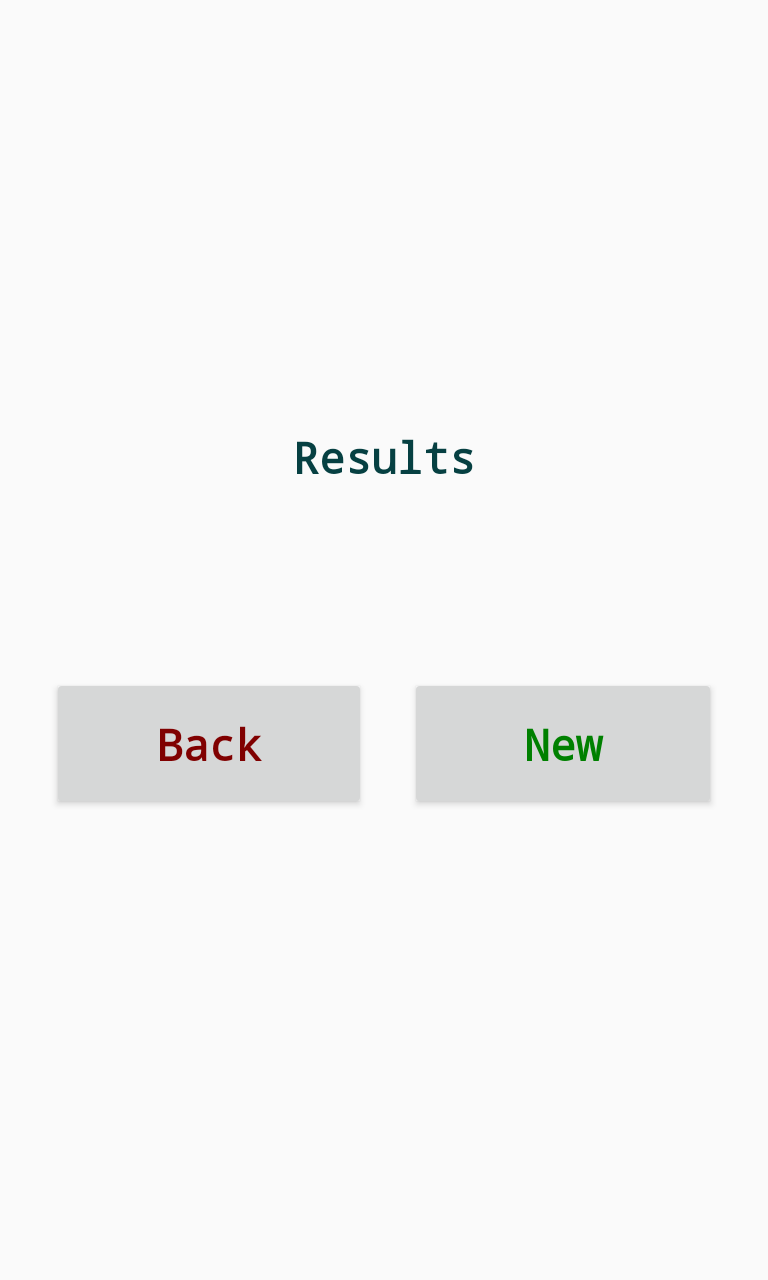
Repository: rontejada1991/Combinations-and-Permutations-Android-App
Layout: combinations/res/layout/activity_result.xml
These files come from the project's save history. The layout is drawn as it stood at one moment and after the next save; the edit follows.
It is drawn on a 768 x 1280 px phone screen (xhdpi) without system bars, with theme AppTheme; the app's code is not run. The app's manifest (not shown) leaves right-to-left support off. So textAlignment, textDirection and layoutDirection are ignored, and left and right values win over start and end ones.

Above is the layout before, as saved 2014-11-07 22:13:56.

### combinations/res/layout/activity_result.xml
<LinearLayout xmlns:android="http://schemas.android.com/apk/res/android"
    xmlns:tools="http://schemas.android.com/tools"
    android:layout_width="match_parent"
    android:layout_height="match_parent"
	android:orientation="vertical"
	android:gravity="center"
	android:padding="25dp"
    tools:context="com.silvercloudgames.combinations.ResultActivity" >

	<TextView
	    android:id="@+id/tv_title"
        style="@style/CodeFont"
        android:layout_width="fill_parent"
        android:text="Results"
        android:layout_marginBottom="20dp" />

    <TextView
        style="@style/CodeFont.Med"
        android:id="@+id/tv_data"
        android:layout_width="fill_parent"
        android:layout_marginBottom="20dp" />

    <ScrollView
	    android:layout_width="fill_parent"
	    android:layout_height="wrap_content"
	    android:layout_marginBottom="20dp"
	    android:textAlignment="center"
	    android:fillViewport="true" >"

	    <LinearLayout
	        android:layout_width="fill_parent"
	        android:layout_height="wrap_content"
	        android:orientation="vertical"
	        android:gravity="center" >

	        <TextView
	            android:id="@+id/tv_result"
		        style="@style/CodeFont"
		        android:layout_width="fill_parent" />

		   	<LinearLayout
			    android:layout_width="fill_parent"
			    android:layout_height="wrap_content"
			    android:orientation="horizontal"
			    android:gravity="center"
			    android:weightSum="2" >

		    <Button
		        android:id="@+id/b_back"
		        style="@style/CodeFont"
		        android:text="Back"
		        android:padding="20dp"
		        android:layout_weight="1"
		        android:textColor="#800000"
		        android:layout_marginRight="10dp"
		        android:onClick="onBackPressed" />

		   	<Button
		   	    android:id="@+id/b_new_problem"
		        style="@style/CodeFont"
		        android:text="New"
		        android:padding="20dp"
		        android:layout_weight="1"
		        android:textColor="#008000"
		        android:layout_marginLeft="10dp"
		        android:onClick="onNewPressed" />

			</LinearLayout>

	   	</LinearLayout>


    </ScrollView>



</LinearLayout>

### combinations/res/values/code_font.xml
<?xml version="1.0" encoding="utf-8"?>
<resources xmlns:android="http://schemas.android.com/apk/res/android">

    <style name="CodeFont">
        <item name="android:layout_width">wrap_content</item>
        <item name="android:layout_height">wrap_content</item>
        <item name="android:textColor">#064042</item>
        <item name="android:textStyle">bold</item>
        <item name="android:typeface">monospace</item>
        <item name="android:gravity">center</item>
        <item name="android:textAppearance">@android:style/TextAppearance.Large</item>
    </style>

    <style name="CodeFont.Med">
        <item name="android:textAppearance">@android:style/TextAppearance.Medium</item>
    </style>

    <style name="CodeFont.Italic">
        <item name="android:textStyle">italic</item>
    </style>

</resources>

Loaded but not shown: combinations/res/values/styles.xml (common file); combinations/res/values-v11/styles.xml (common file); combinations/res/values-v14/styles.xml (common file)

After the next save:
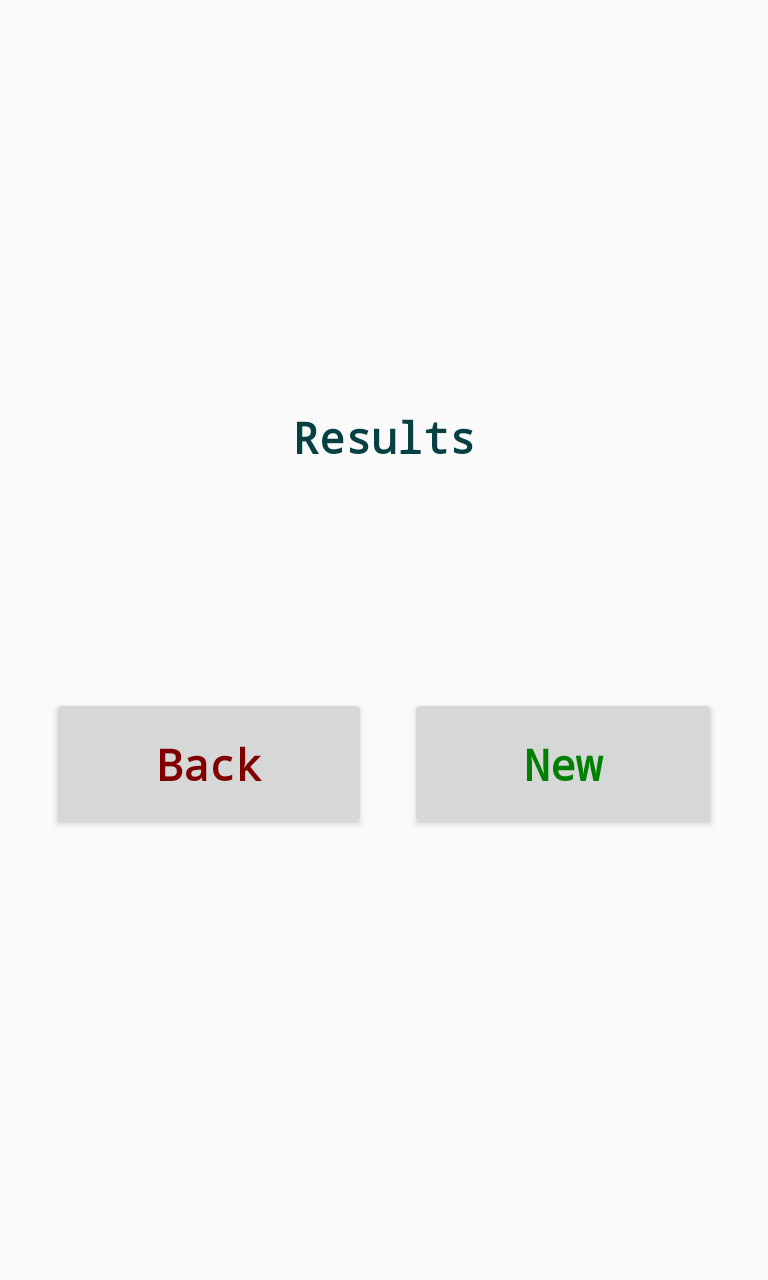
Saved 50 s later.
--- a/combinations/res/layout/activity_result.xml
+++ b/combinations/res/layout/activity_result.xml
@@ -36,7 +36,8 @@
 	        <TextView
 	            android:id="@+id/tv_result"
 		        style="@style/CodeFont"
-		        android:layout_width="fill_parent" />
+		        android:layout_width="fill_parent"
+		        android:layout_marginBottom="20dp" />
 
 		   	<LinearLayout
 			    android:layout_width="fill_parent"
